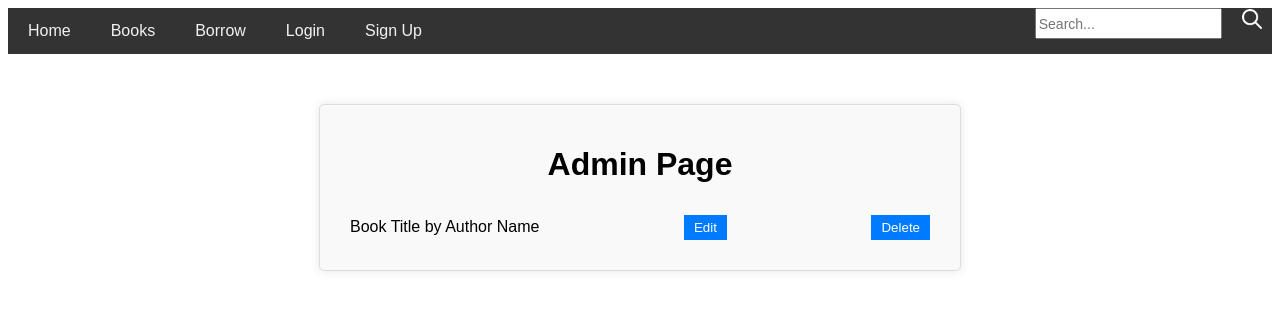
Repository: fadyesk12/Web-Technology-Course-Project
Page: auth/admin.html
The author's editor kept a copy of each file at every save. The page is drawn from the files as they stood at one save, then again after the next save.
The browser window is 1280 px wide. The pictures show the whole page.

Above is the page before, as saved 2024-04-20 09:39:04.

After the next save:
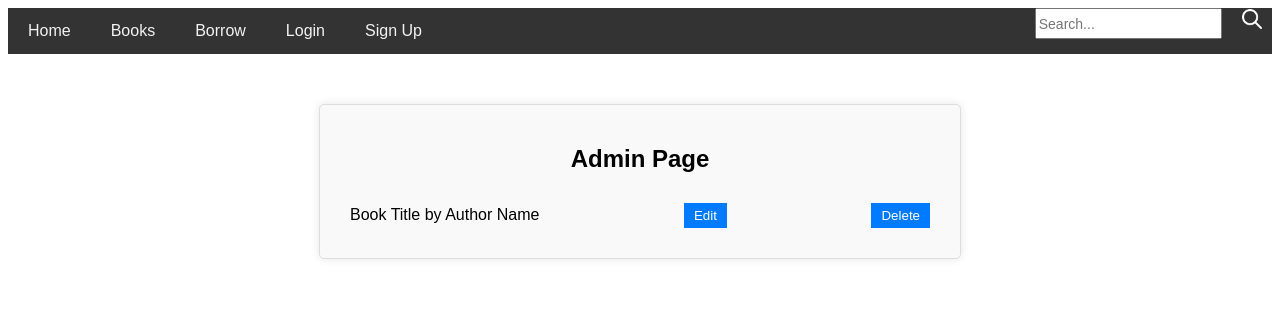
Saved 5 s later.
--- a/auth/admin.html
+++ b/auth/admin.html
@@ -23,7 +23,7 @@
         </div>
     </div>
     <div class="container">
-        <h1>Admin Page</h1>
+        <h2>Admin Page</h2>
         <div id="bookList">
             <div class="book-row">
                 <span>Book Title by Author Name</span>
